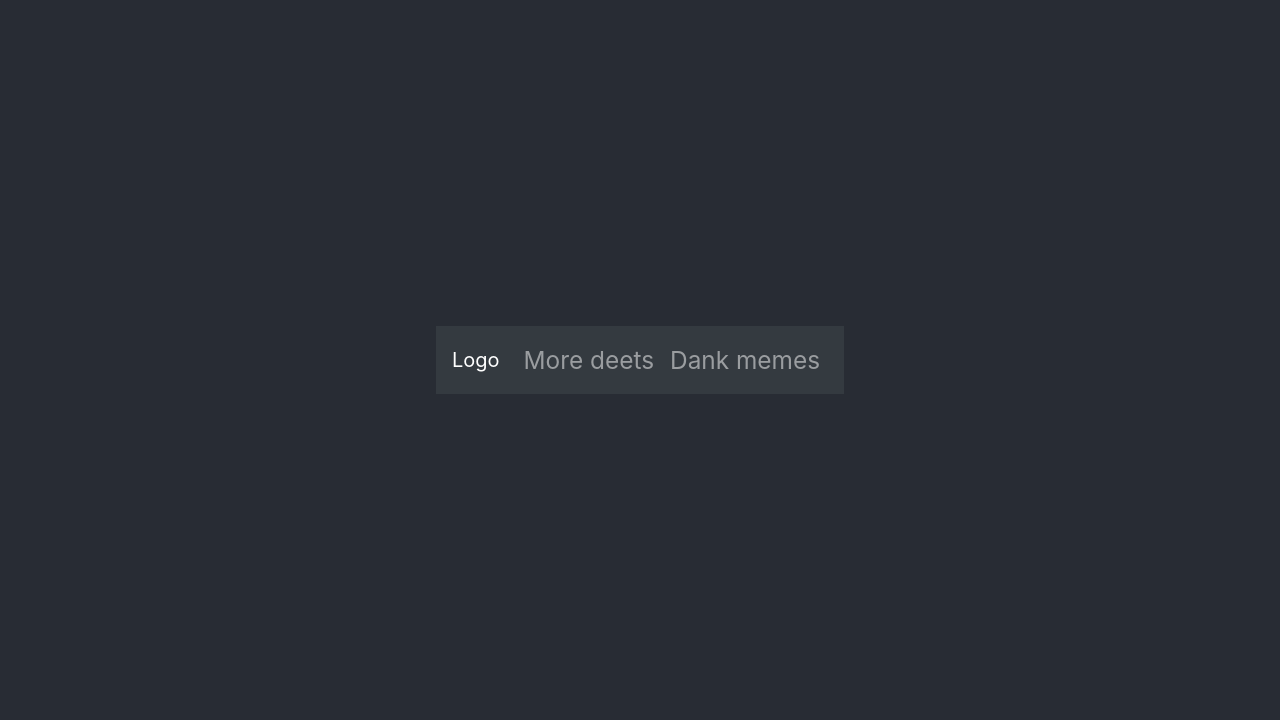
Repository: schweizercode/schweezzy
Page: /
These files come from the project's save history. The page is drawn as it stood at one moment and after a run of saves; the edit follows.
The browser window is 1280 px wide. The pictures show the whole page.
The project was rebuilt for these pictures with package versions that can differ from the ones it lists, and the page was loaded fresh each time.

Above is the page before, as saved 2021-04-12 16:30:51.

### public/index.html
<!DOCTYPE html>
<html lang="en">

<head>
  <meta charset="utf-8" />
  <link rel="icon" href="%PUBLIC_URL%/favicon.ico" />
  <meta name="viewport" content="width=device-width, initial-scale=1" />
  <meta name="theme-color" content="#000000" />
  <meta name="description" content="Web site created using create-react-app" />
  <link rel="apple-touch-icon" href="%PUBLIC_URL%/logo192.png" />
  <link rel="stylesheet" href="https://cdn.jsdelivr.net/npm/bootstrap@4.6.0/dist/css/bootstrap.min.css"
    integrity="sha384-B0vP5xmATw1+K9KRQjQERJvTumQW0nPEzvF6L/Z6nronJ3oUOFUFpCjEUQouq2+l" crossorigin="anonymous" />
  <!--
      manifest.json provides metadata used when your web app is installed on a
      user's mobile device or desktop. See https://developers.google.com/web/fundamentals/web-app-manifest/
    -->
  <link rel="manifest" href="%PUBLIC_URL%/manifest.json" />
  <!--
      Notice the use of %PUBLIC_URL% in the tags above.
      It will be replaced with the URL of the `public` folder during the build.
      Only files inside the `public` folder can be referenced from the HTML.

      Unlike "/favicon.ico" or "favicon.ico", "%PUBLIC_URL%/favicon.ico" will
      work correctly both with client-side routing and a non-root public URL.
      Learn how to configure a non-root public URL by running `npm run build`.
    -->
  <title>React App</title>
</head>

<body>
  <noscript>You need to enable JavaScript to run this app.</noscript>
  <div id="root"></div>
  <!--
      This HTML file is a template.
      If you open it directly in the browser, you will see an empty page.

      You can add webfonts, meta tags, or analytics to this file.
      The build step will place the bundled scripts into the <body> tag.

      To begin the development, run `npm start` or `yarn start`.
      To create a production bundle, use `npm run build` or `yarn build`.
    -->
</body>

</html>

### src/App.js
import React from 'react';
import './App.css';
import Navbar from "./Navbar.js"


function App() {
  return (
    <div className="App">
      <header className="App-header">
        <Navbar />

      </header>
    </div>
  );
}

export default App;

### src/Navbar.js
import { React } from 'react';
import * as ReactBootStrap from 'react-bootstrap';


function Nav() {
    return (

        <>
            <ReactBootStrap.Navbar collapseOnSelect expand="lg" bg="dark" variant="dark">
                <ReactBootStrap.Navbar.Brand href="#home">Logo</ReactBootStrap.Navbar.Brand>
                <ReactBootStrap.Navbar.Toggle aria-controls="responsive-navbar-nav" />
                <ReactBootStrap.Navbar.Collapse id="responsive-navbar-nav">
                    {/* <ReactBootStrap.Nav className="mr-auto">
                        <ReactBootStrap.Nav.Link href="#features">Features</ReactBootStrap.Nav.Link>
                        <ReactBootStrap.Nav.Link href="#pricing">Pricing</ReactBootStrap.Nav.Link>
                        <ReactBootStrap.NavDropdown title="Dropdown" id="collasible-nav-dropdown">
                            <ReactBootStrap.NavDropdown.Item href="#action/3.1">Action</ReactBootStrap.NavDropdown.Item>
                            <ReactBootStrap.NavDropdown.Item href="#action/3.2">Another action</ReactBootStrap.NavDropdown.Item>
                            <ReactBootStrap.NavDropdown.Item href="#action/3.3">Something</ReactBootStrap.NavDropdown.Item>
                            <ReactBootStrap.NavDropdown.Divider />
                            <ReactBootStrap.NavDropdown.Item href="#action/3.4">Separated link</ReactBootStrap.NavDropdown.Item>
                        </ReactBootStrap.NavDropdown>
                    </ReactBootStrap.Nav> */}
                    <ReactBootStrap.Nav>
                        <ReactBootStrap.Nav.Link href="#deets">More deets</ReactBootStrap.Nav.Link>
                        <ReactBootStrap.Nav.Link eventKey={2} href="#memes">
                            Dank memes
      </ReactBootStrap.Nav.Link>
                    </ReactBootStrap.Nav>
                </ReactBootStrap.Navbar.Collapse>
            </ReactBootStrap.Navbar>
        </>

    );
}

export default Nav;

Loaded but not shown: src/index.js (common file); src/index.css (common file); src/reportWebVitals.js (common file); src/App.css (common file)

After the next 2 saves:
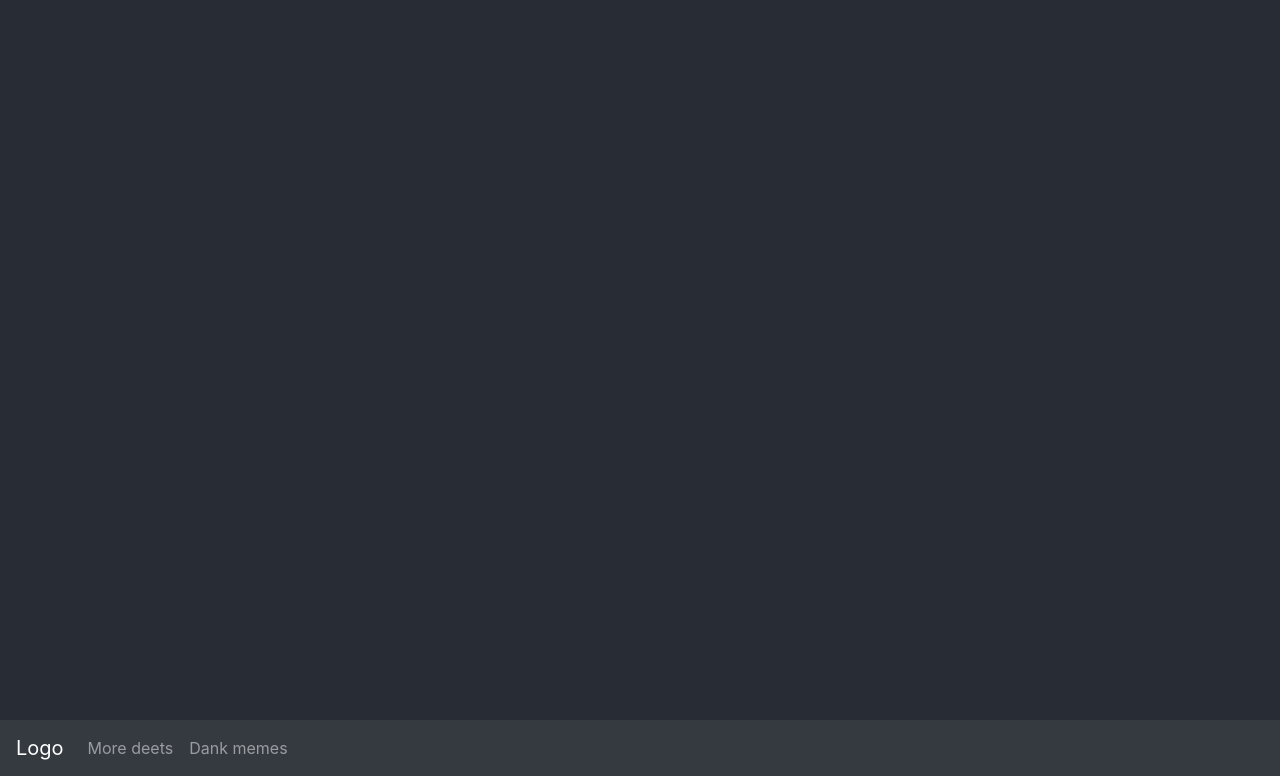
The 2 saves are shown as one change because 1 did not build or start.
The last was saved 21 s later.
--- a/src/App.js
+++ b/src/App.js
@@ -7,9 +7,9 @@
   return (
     <div className="App">
       <header className="App-header">
-        <Navbar />
+      </header>
+      <Navbar />
 
-      </header>
     </div>
   );
 }

After the 2 saves that followed:
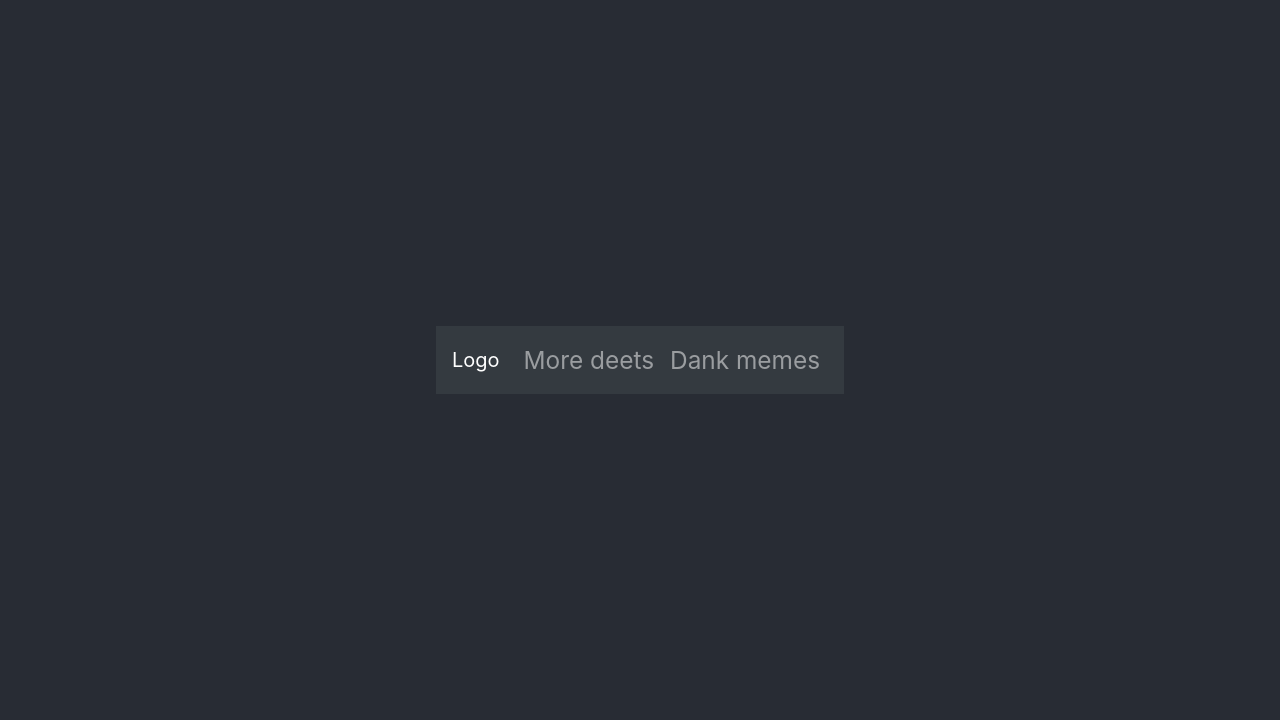
The 2 saves are shown as one change because they came seconds apart.
The last was saved 11 s later.
--- a/src/App.js
+++ b/src/App.js
@@ -7,9 +7,8 @@
   return (
     <div className="App">
       <header className="App-header">
+        <Navbar />
       </header>
-      <Navbar />
-
     </div>
   );
 }
